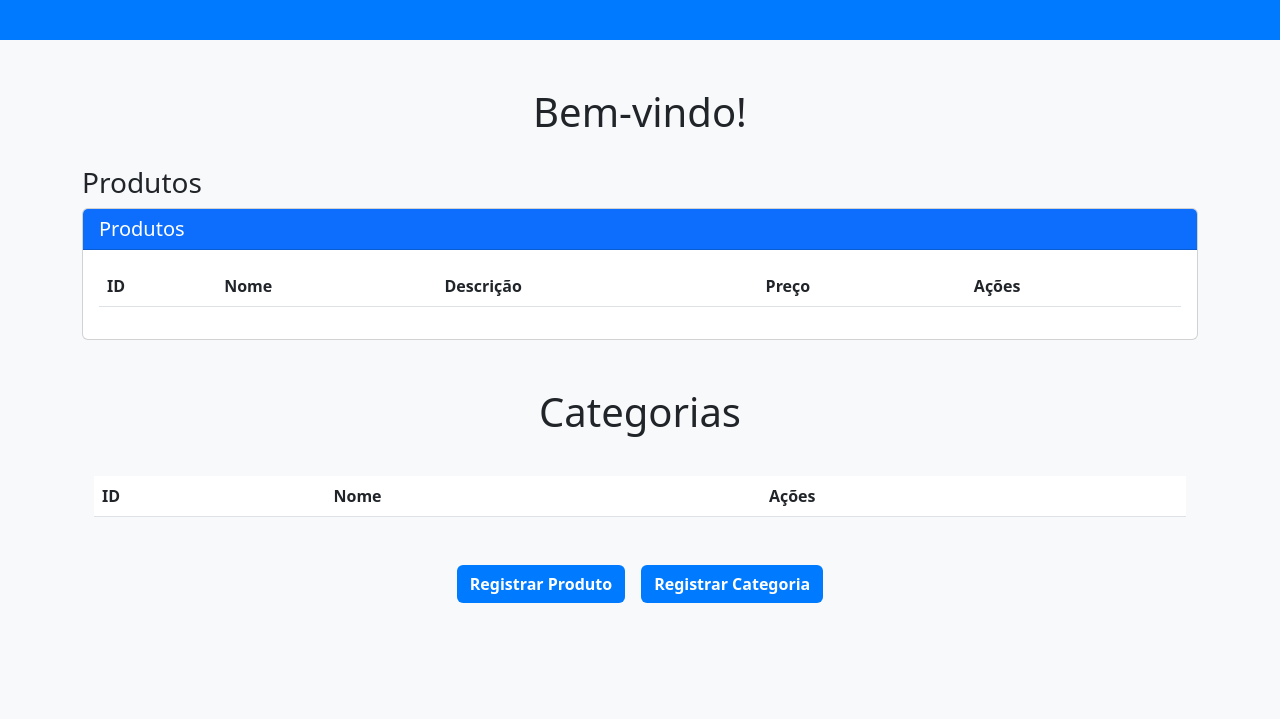
Repository: Gugalzg/sistema-cadastro
Page: http://localhost/index
The author's editor kept a copy of each file at every save. The page is drawn from the files as they stood at one save, then again after the next save.
The browser window is 1280 px wide. The pictures show the whole page.
The page is this project's Thymeleaf template; nobody is signed in. The template is opened directly, without the code that normally fills it, so the values that code supplies are empty.

Above is the page before, as saved 2024-12-30 19:23:04.

### demo/src/main/resources/templates/index.html
<!DOCTYPE html>
<html xmlns:th="http://www.thymeleaf.org">
<head>
    <meta charset="UTF-8">
    <meta name="viewport" content="width=device-width, initial-scale=1.0">
    <title>Projeto Spring Boot com Thymeleaf</title>

    <!-- Bootstrap CSS (versão 5.3) -->
    <link rel="stylesheet" href="https://cdn.jsdelivr.net/npm/bootstrap@5.3.0/dist/css/bootstrap.min.css">
    <link rel="stylesheet" href="https://cdnjs.cloudflare.com/ajax/libs/font-awesome/5.15.3/css/all.min.css">

    <!-- CSS personalizado -->
    <style>
        .fade-in {
            animation: fadeInEffect 2s ease-out;
        }
        @keyframes fadeInEffect {
            0% {
                opacity: 0;
                transform: translateY(20px);
            }
            100% {
                opacity: 1;
                transform: translateY(0);
            }
        }
        h1 {
            font-size: 2.5em;
            text-align: center;
            margin-bottom: 30px;
        }

		body {
		            border-top: 40px solid #007bff; /* Borda azul no topo */
		            min-height: 100vh; /* Garantir que a página ocupe a altura total da tela */
		            background-color: #f8f9fa; /* Cor de fundo suave */
		            padding-bottom: 30px; /* Espaçamento extra na parte inferior */
		        }

        .btn-blue {
            background-color: #007bff;
            color: white;
            font-weight: bold;
        }

        .btn-blue:hover {
            background-color: #0056b3;
            color: white;
        }

        .list-group-item {
            font-size: 1.1em;
        }
    </style>
</head>
<body>
    <div class="container mt-5 fade-in" id="page-content">
        <h1>Bem-vindo!</h1>

        <!-- Lista de Produtos -->
        <div>
            <h3>Produtos</h3>
            <div th:if="${message}" class="alert alert-success" th:text="${message}"></div>

            <!-- Exibindo lista de produtos -->
            <div class="card">
                <div class="card-header bg-primary text-white">
                    <h5 class="mb-0">Produtos</h5>
                </div>
                <div class="card-body">
                    <table class="table table-striped">
                        <thead>
                            <tr>
                                <th>ID</th>
                                <th>Nome</th>
                                <th>Descrição</th>
                                <th>Preço</th>
                                <th>Ações</th>
                            </tr>
                        </thead>
                        <tbody>
                            <!-- Exibindo produtos com Thymeleaf -->
                            <tr th:each="product : ${products}">
                                <td th:text="${product.id}"></td>
                                <td th:text="${product.name}"></td>
                                <td th:text="${product.description}"></td>
                                <td th:text="${product.price}"></td>
                                <td>
                                    <a th:href="@{/products/edit/{id}(id=${product.id})}" class="btn btn-warning btn-sm">Editar</a>
                                    <a th:href="@{/products/delete/{id}(id=${product.id})}" class="btn btn-danger btn-sm"
                                       onclick="return confirm('Tem certeza que deseja excluir este produto?')">Excluir</a>
                                </td>
                            </tr>
                        </tbody>
                    </table>
                </div>
            </div>
        </div>

		<div class="container mt-5">
		       <h1 class="text-center mb-4">Categorias</h1>

		       <div class="d-flex justify-content-between mb-3">
		           <div th:if="${message}" class="alert alert-success" th:text="${message}"></div>
		       </div>

		       <table class="table table-striped table-hover">
		           <thead>
		               <tr>
		                   <th>ID</th>
		                   <th>Nome</th>
		                   <th>Ações</th>
		               </tr>
		           </thead>
		           <tbody>
		               <tr th:each="category : ${categories}">
		                   <td th:text="${category.id}"></td>
		                   <td th:text="${category.name}"></td>
		                   <td>
		                       <a th:href="@{/categories/edit/{id}(id=${category.id})}" class="btn btn-warning btn-sm">
		                           <i class="fas fa-edit"></i> Editar
		                       </a>
		                       <a th:href="@{/categories/delete/{id}(id=${category.id})}" class="btn btn-danger btn-sm"
		                          onclick="return confirm('Tem certeza que deseja excluir esta categoria?')">
		                           <i class="fas fa-trash-alt"></i> Excluir
		                       </a>
		                   </td>
		               </tr>
		           </tbody>
		       </table>

		       <div class="text-center mt-4">
		       </div>
		   </div>

        <!-- Botões de ação -->
        <div class="d-flex justify-content-center mt-5">
            <a href="/products/register" class="btn btn-blue me-3">Registrar Produto</a>
            <a href="/categories/register" class="btn btn-blue">Registrar Categoria</a>
        </div>
    </div>

    <!-- Bootstrap JS (versão 5.3) -->
    <script src="https://cdn.jsdelivr.net/npm/bootstrap@5.3.0/dist/js/bootstrap.bundle.min.js"></script>
</body>
</html>

After the next save:
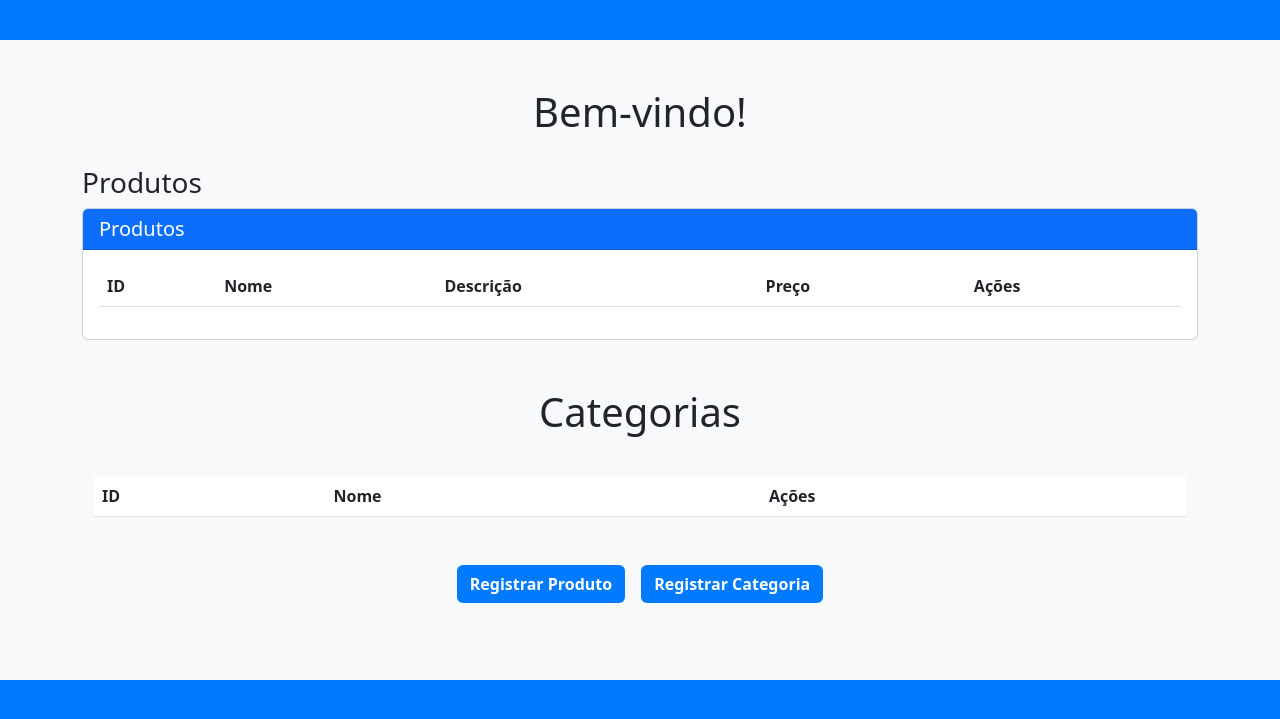
Saved 80 s later.
--- a/demo/src/main/resources/templates/index.html
+++ b/demo/src/main/resources/templates/index.html
@@ -31,10 +31,11 @@
         }
 
 		body {
-		            border-top: 40px solid #007bff; /* Borda azul no topo */
-		            min-height: 100vh; /* Garantir que a página ocupe a altura total da tela */
-		            background-color: #f8f9fa; /* Cor de fundo suave */
-		            padding-bottom: 30px; /* Espaçamento extra na parte inferior */
+		       border-top: 40px solid #007bff; /* Borda azul no topo */
+		       min-height: 100vh; /* Garantir que a página ocupe a altura total da tela */
+		       background-color: #f8f9fa; /* Cor de fundo suave */
+		       padding-bottom: 30px; /* Espaçamento extra na parte inferior */
+			   border-bottom: 40px solid #007bff; /* Borda azul na parte inferior */
 		        }
 
         .btn-blue {
